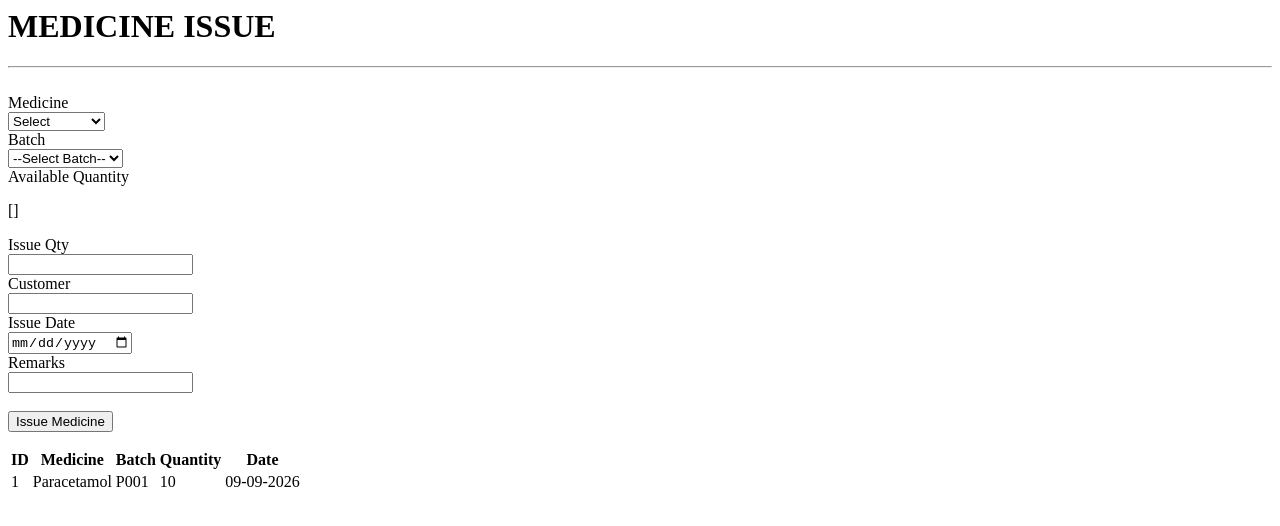
Repository: AbHiShEk200428/Medicine-Manager
Page: issue.html
An editor plug-in stored every save of this project. The page is shown before and after the next save, followed by the edit.
The browser window is 1280 px wide. The pictures show the whole page.

Above is the page before, as saved 2026-10-28 17:38:07.
Console error: ReferenceError: $ is not defined

### issue.html

    <h1 id="Menubar_Call">MEDICINE ISSUE </h1>
    <hr>
    <br>
    <form action="issue.html">
        <div class="Form_sections">
            <label for="Add_Medicine">Medicine</label> <br>
            <select name="Medicine" id="Add_Medicine">
                <option value="None">Select</option>
                <option value="Paracetamol">Paracetamol</option>
            </select>
        </div>

        <div class="Form_sections">
            <label for="Add_Batch">Batch</label><br>
            <select name="" id="Add_Batch">
                <option value="None">--Select Batch--</option>
                <option value="P001">P001</option>
            </select>
        </div>
        <div class="Form_sections">
            <label for="Available_Stock">Available Quantity</label>
            <br>
            <p id="Available_Stock">[]</p>
        </div>
        <div class="Form_sections">
            <label for="Issue_Quantity">Issue Qty</label>
            <br>
            <input type="number" id="Issue_Quantity">
        </div>
        <div class="Form_sections">
            <label for="Add_Customer">Customer</label><br>
            <input type="text" id="Add_Customer">
        </div>
        <div class="Form_sections">
            <label for="Issue_Date">Issue Date</label><br>
            <input type="date" id="Issue_Date">
        </div>
        <div class="Form_sections">
            <label for="Add_Remarks">Remarks</label><br>
            <input type="text" id="Add_Remarks" >
        </div>
        <br>
        <button id="Issue_Btn">Issue Medicine</button>
        <p id="Issue_validity"></p>
    </form>

    <table id="MedIssue_Table">
    <thead>
        <tr>
            <th>ID</th>
            <th>Medicine</th>
            <th>Batch</th>
            <th>Quantity</th>
            <th>Date</th>
        </tr>
    </thead>
    <tbody>
        <tr>
            <td>1</td>
            <td>Paracetamol</td>
            <td>P001</td>
            <td>10</td>
            <td>09-09-2026</td>

        </tr>
    </tbody>
</table>

<script>
        $(document).ready(function(){
        Issue_ID= 2;
        $("#Issue_Btn").click(function(e){
        e.preventDefault();
    let Issue_Medicine=document.getElementById("Add_Medicine").value;
    let Batch_Input= document.getElementById("Add_Batch").value;
    let Available_Stock= document.getElementById("Available_Stock").value;
    let Issue_Quantity= document.getElementById("Issue_Quantity").value;
    let Customer= document.getElementById("Add_Customer").value;
    let Issue_Date= document.getElementById("Issue_Date").value;
    let Remarks= document.getElementById("Add_Remarks").value;
    var new_row=`
        <tr>
        <td>${Issue_ID}</td>
        <td>${Issue_Medicine}</td>
        <td>${Batch_Input}</td>
        <td>${Issue_Quantity}</td>
        <td>${Issue_Date}</td>
        </tr>`;
    let Issue_Validity=document.getElementById("Issue_validity");

            if(Issue_Medicine=="None"){
                Issue_Validity.textContent="Select a medicine";
            }
            else if(Batch_Input=="None"){
                Issue_Validity.textContent="Select a batch";
            }
            else if(Issue_Quantity==""||Issue_Quantity==null){
                Issue_Validity.textContent="Enter quantity";
            }
            else if(Issue_Date==""||Issue_Date==null){
                Issue_Validity.textContent="Select date";
            }
            else{
                $("MedIssue_Table tbody").append(new_row);

                document.getElementById("Add_Medicine").value="None";
                document.getElementById("Add_Batch").value="None";
                document.getElementById("Issue_Quantity").value="";
                document.getElementById("Add_Customer").value="";
                document.getElementById("Issue_Date").value="";
                document.getElementById("Add_Remarks").value="";
            }
    });
    });
</script>

After the next save:
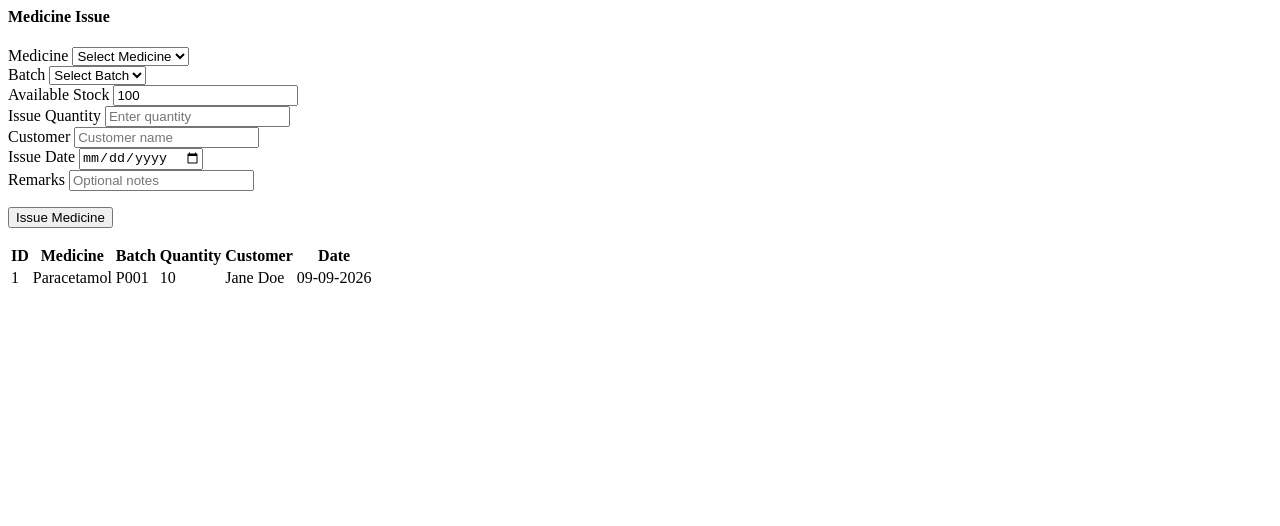
Saved 55 s later.
--- a/issue.html
+++ b/issue.html
@@ -1,72 +1,78 @@
+<div class="container py-3">
+    <div class="card p-4 shadow-sm mb-4">
+        <h4 class="mb-3 text-primary">Medicine Issue</h4>
+        <form id="issue_form">
+            <div class="row g-3">
+                <div class="col-md-4">
+                    <label for="Issue_Medicine" class="form-label fw-semibold">Medicine</label>
+                    <select id="Issue_Medicine" class="form-select focus-ring">
+                        <option value="None">Select Medicine</option>
+                        <option value="Paracetamol">Paracetamol</option>
+                    </select>
+                </div>
+                <div class="col-md-4">
+                    <label for="Issue_Batch" class="form-label fw-semibold">Batch</label>
+                    <select id="Issue_Batch" class="form-select focus-ring">
+                        <option value="None">Select Batch</option>
+                        <option value="P001">P001</option>
+                    </select>
+                </div>
+                <div class="col-md-4">
+                    <label class="form-label fw-semibold">Available Stock</label>
+                    <input type="text" id="Available_Stock_Val" class="form-control focus-ring" readonly value="100">
+                </div>
+                <div class="col-md-4">
+                    <label for="Issue_Quantity" class="form-label fw-semibold">Issue Quantity</label>
+                    <input type="number" id="Issue_Quantity" class="form-control focus-ring" placeholder="Enter quantity">
+                </div>
+                <div class="col-md-4">
+                    <label for="Issue_Customer" class="form-label fw-semibold">Customer</label>
+                    <input type="text" id="Issue_Customer" class="form-control focus-ring" placeholder="Customer name">
+                </div>
+                <div class="col-md-4">
+                    <label for="Issue_Date" class="form-label fw-semibold">Issue Date</label>
+                    <input type="date" id="Issue_Date" class="form-control focus-ring">
+                </div>
+                <div class="col-12">
+                    <label for="Issue_Remarks" class="form-label fw-semibold">Remarks</label>
+                    <input type="text" id="Issue_Remarks" class="form-control focus-ring" placeholder="Optional notes">
+                </div>
+            </div>
 
-    <h1 id="Menubar_Call">MEDICINE ISSUE </h1>
-    <hr>
-    <br>
-    <form action="issue.html">
-        <div class="Form_sections">
-            <label for="Add_Medicine">Medicine</label> <br>
-            <select name="Medicine" id="Add_Medicine">
-                <option value="None">Select</option>
-                <option value="Paracetamol">Paracetamol</option>
-            </select>
-        </div>
+            <p id="Issue_validity" class="text-danger small mt-2 mb-3 text-center"></p>
 
-        <div class="Form_sections">
-            <label for="Add_Batch">Batch</label><br>
-            <select name="" id="Add_Batch">
-                <option value="None">--Select Batch--</option>
-                <option value="P001">P001</option>
-            </select>
-        </div>
-        <div class="Form_sections">
-            <label for="Available_Stock">Available Quantity</label>
-            <br>
-            <p id="Available_Stock">[]</p>
-        </div>
-        <div class="Form_sections">
-            <label for="Issue_Quantity">Issue Qty</label>
-            <br>
-            <input type="number" id="Issue_Quantity">
-        </div>
-        <div class="Form_sections">
-            <label for="Add_Customer">Customer</label><br>
-            <input type="text" id="Add_Customer">
-        </div>
-        <div class="Form_sections">
-            <label for="Issue_Date">Issue Date</label><br>
-            <input type="date" id="Issue_Date">
-        </div>
-        <div class="Form_sections">
-            <label for="Add_Remarks">Remarks</label><br>
-            <input type="text" id="Add_Remarks" >
-        </div>
-        <br>
-        <button id="Issue_Btn">Issue Medicine</button>
-        <p id="Issue_validity"></p>
-    </form>
+            <div class="d-grid gap-2 col-md-6 mx-auto">
+                <button type="button" class="btn btn-primary rounded-pill" id="Issue_Btn">Issue Medicine</button>
+            </div>
+        </form>
+    </div>
 
-    <table id="MedIssue_Table">
-    <thead>
-        <tr>
-            <th>ID</th>
-            <th>Medicine</th>
-            <th>Batch</th>
-            <th>Quantity</th>
-            <th>Date</th>
-        </tr>
-    </thead>
-    <tbody>
-        <tr>
-            <td>1</td>
-            <td>Paracetamol</td>
-            <td>P001</td>
-            <td>10</td>
-            <td>09-09-2026</td>
-
-        </tr>
-    </tbody>
-</table>
-
+    <!-- Table -->
+    <div class="table-responsive">
+        <table id="MedIssue_Table" class="table table-hover text-center text-nowrap table-bordered align-middle">
+            <thead class="table-dark">
+                <tr>
+                    <th scope="col">ID</th>
+                    <th scope="col">Medicine</th>
+                    <th scope="col">Batch</th>
+                    <th scope="col">Quantity</th>
+                    <th scope="col">Customer</th>
+                    <th scope="col">Date</th>
+                </tr>
+            </thead>
+            <tbody>
+                <tr>
+                    <td>1</td>
+                    <td>Paracetamol</td>
+                    <td>P001</td>
+                    <td>10</td>
+                    <td>Jane Doe</td>
+                    <td>09-09-2026</td>
+                </tr>
+            </tbody>
+        </table>
+    </div>
+</div>
 <script>
         $(document).ready(function(){
         Issue_ID= 2;
